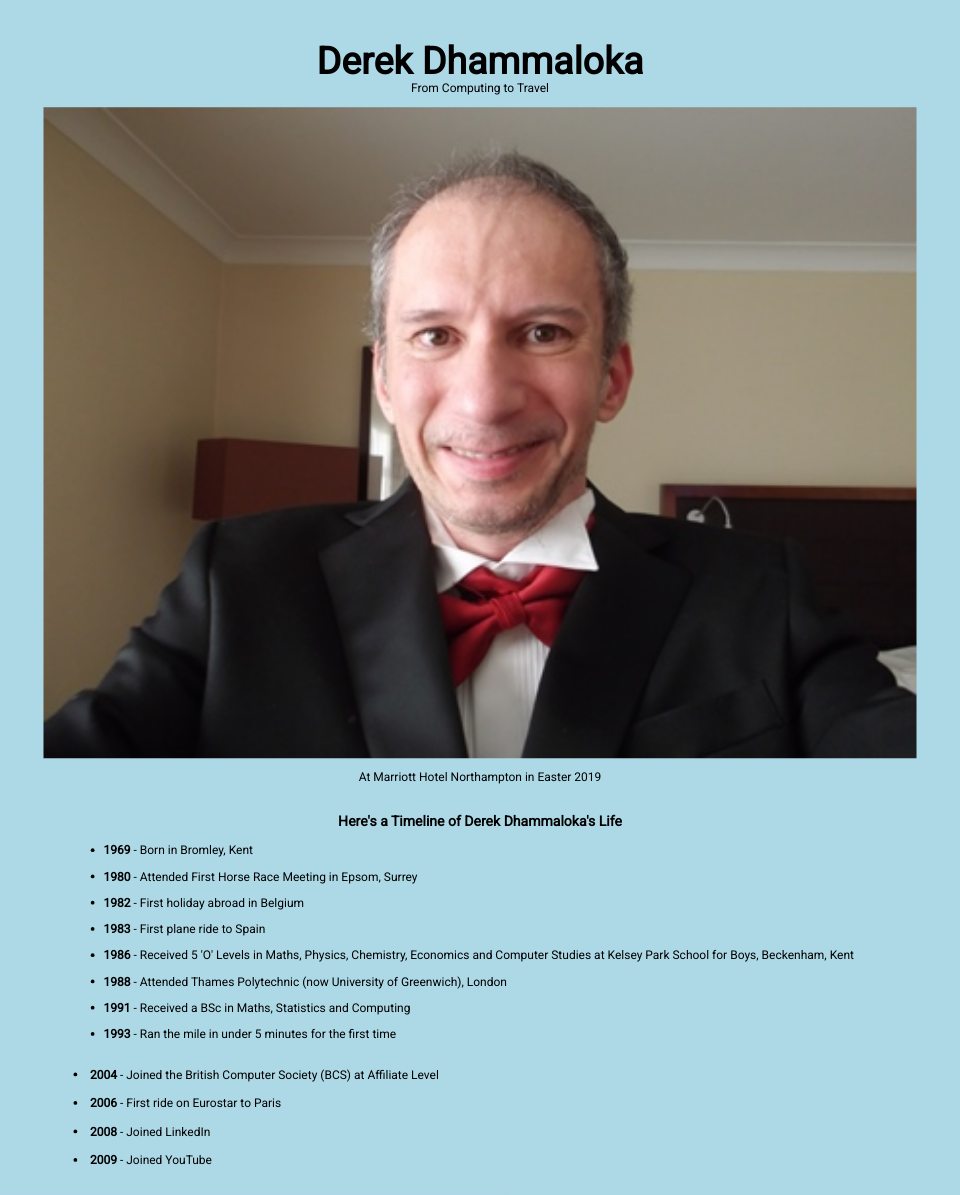
Repository: derektypist/tribute-page
Page: index.html
The author's editor kept a record of every edit. The page is drawn from the files as they stood at one moment, then again after the next edit.
The browser window is 1280 px wide. The pictures show the whole page, at 75% of full size.

Above is the page before.

After the next edit:
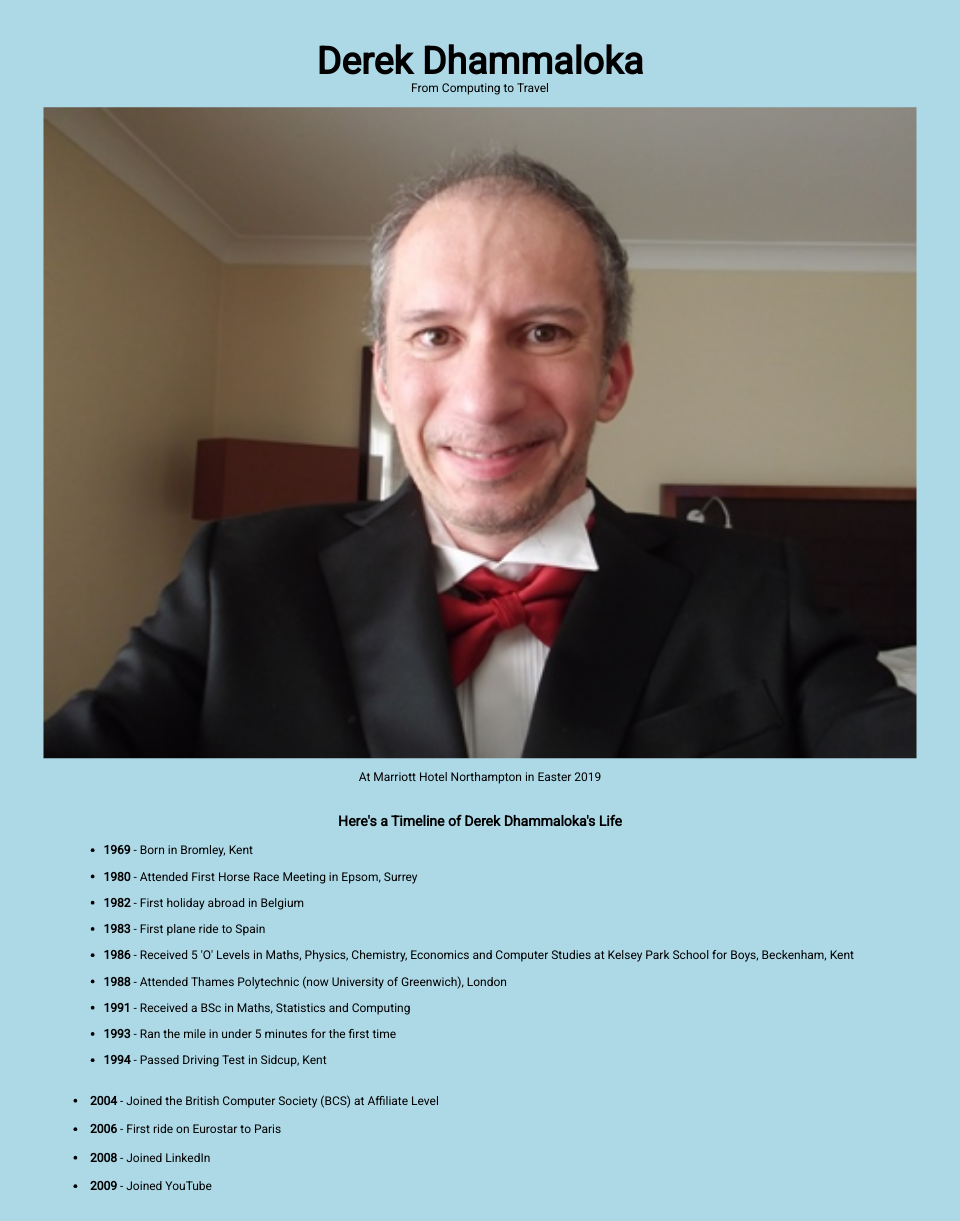
The edit:
--- a/index.html
+++ b/index.html
@@ -121,7 +121,7 @@
 
                 <!-- Display Information for 1994 -->
                 <ul>
-
+                    <li><strong>1994 </strong>- Passed Driving Test in Sidcup, Kent</li>
                 </ul>
 
                 <br>
